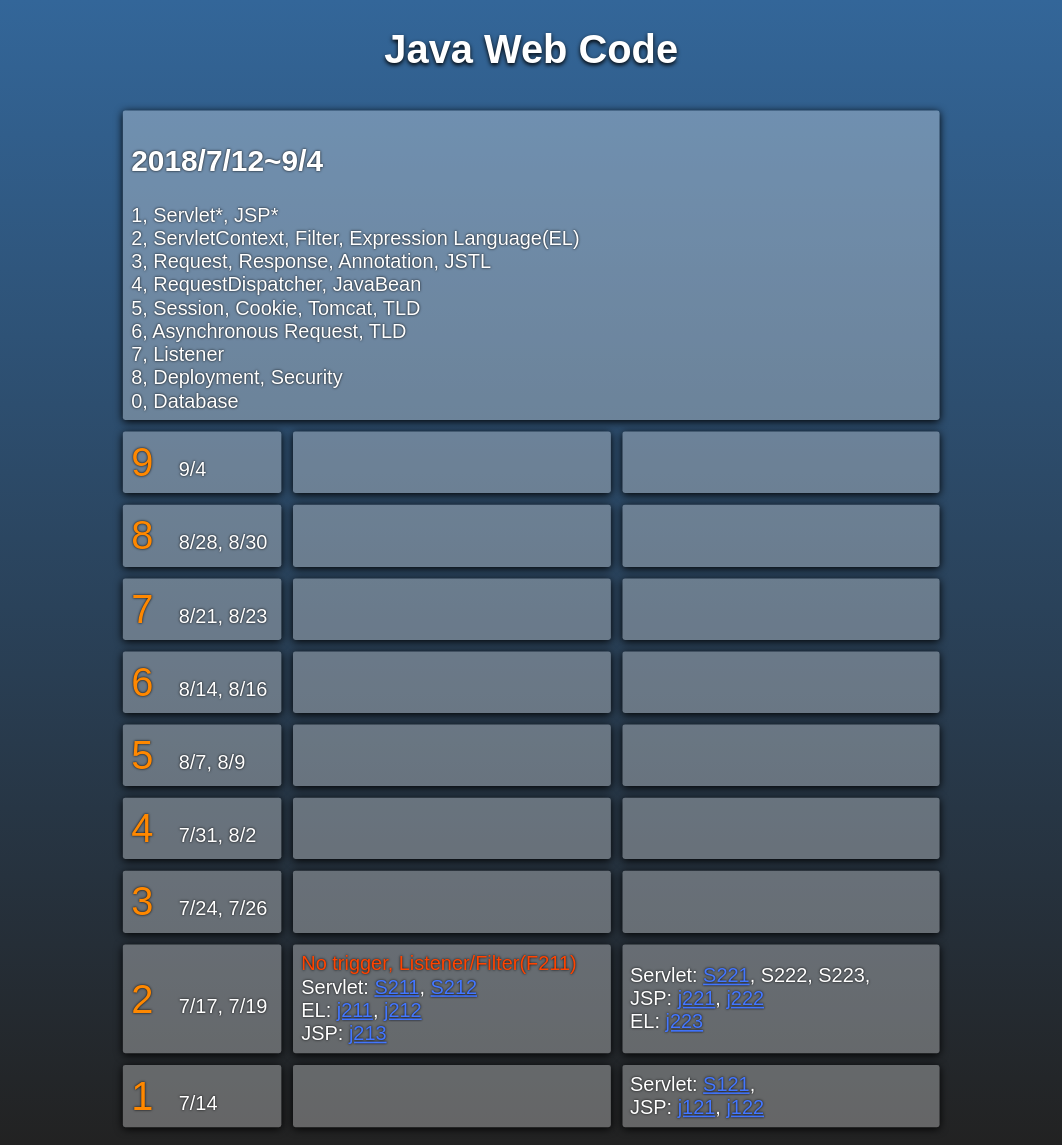
Repository: anxhuang/Java_Web
Page: http://localhost/code/
An editor plug-in stored every save of this project. The page is shown before and after the next save, followed by the edit.
The browser window is 1280 px wide. The pictures show the whole page, at 83% of full size.
The page is served by Tomcat 9.

Above is the page before, as saved 2018-07-24 10:23:04.

After the next save:
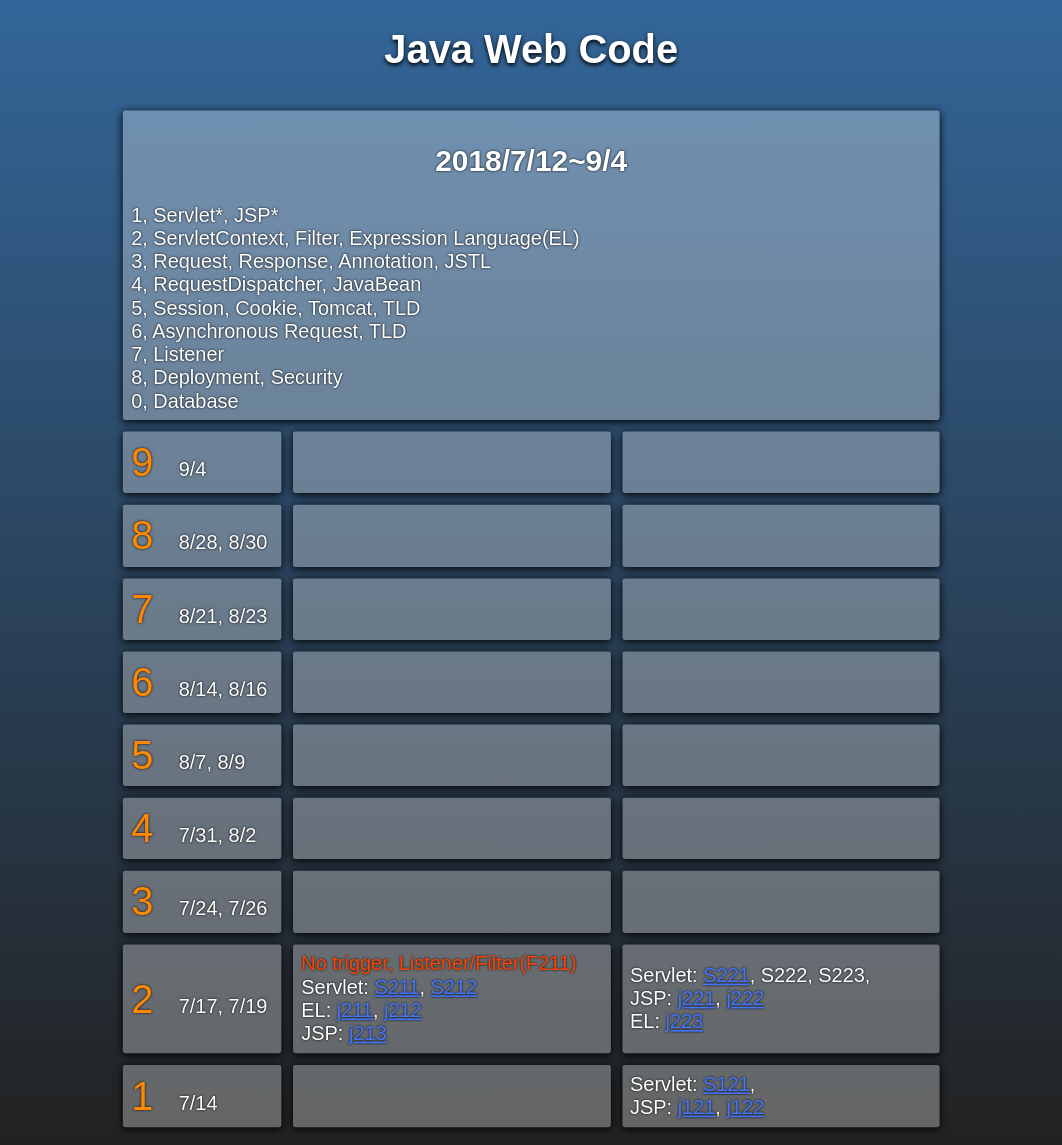
Saved 19 s later.
--- a/code/WebContent/index.html
+++ b/code/WebContent/index.html
@@ -14,6 +14,9 @@
 	h1{
 		color: #FFF;
 		text-shadow: 0px 2px 5px #000;
+		text-align: center;
+	}
+	h2{
 		text-align: center;
 	}
 	orange{
